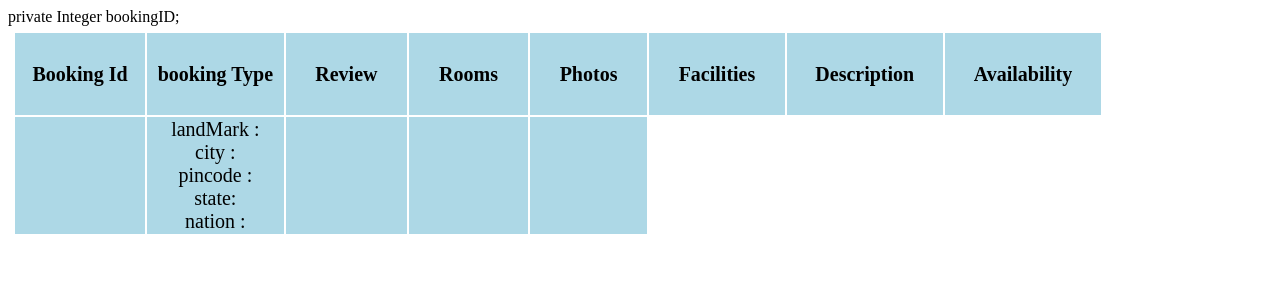
Repository: pparaska/Important
Page: http://localhost/website/WEB-INF/jsp/BookingInformation.jsp
An editor plug-in stored every save of this project. The page is shown before and after the next save, followed by the edit.
The browser window is 1280 px wide. The pictures show the whole page.
The page is served by Tomcat 9. Nobody is signed in. Other server files are loaded and not shown. The template is opened directly, without the code that normally fills it, so the values that code supplies are empty.

Above is the page before, as saved 2019-02-12 06:20:12.

### Poonam/All_Services/All_Services/website/src/main/webapp/WEB-INF/jsp/BookingInformation.jsp
<%@ page language="java" contentType="text/html; charset=ISO-8859-1"
	pageEncoding="ISO-8859-1"%>
<!DOCTYPE html>
<html>
<head>
<meta charset="ISO-8859-1">
<title>Insert title here</title>
</head>
<style type="text/css">
table, th, td {
	padding: 5px;
	height: 80px;
	width: 1100px;
	font-size: 20px;
	text-align: center;
	font-family: inherit;
}

th, td {
	padding: 1px;
	background-color: lightblue
}
</style>

<body>
<div>
		<table>
			<tr>
				<th>Booking Id</th>
				<th>booking Type </th>
				<th>Review</th>
				<th>Rooms</th>
				<th>Photos</th>
				<th>Facilities</th>
				<th>Description</th>
				<th>Availability</th>
			</tr>
			private Integer bookingID;
	<!-- private String bookingType;
	private Object bookingDetails;
	private LocalDateTime dateOfBooking;
	private Double totalCost;
	private List<Customer> customers;
	private Profile bookedBy;
	private Hotel hotel;
	private Flight flight;
	private LocalDateTime checkInDate;
	private LocalDateTime checkOutDate; -->
			<%-- <jstl:set var="rooms" value="" scope="sesion"></jstl:set> --%>

				<tr>
					<td>${hotel.hotelName}</td>
					<td> landMark : ${hotel.address.landMark} <br>
						city : ${hotel.address.city}<br>
						pincode : ${hotel.address.pincode}<br>
						state: ${hotel.address.state}<br>
						nation : ${hotel.address.nation}<br>

					</td>
					<td>${hotel.review}</td>
					<td>${hotel.photos}</td>
					<td>${hotel.rooms}</td>
</body>
</html>

After the next save:
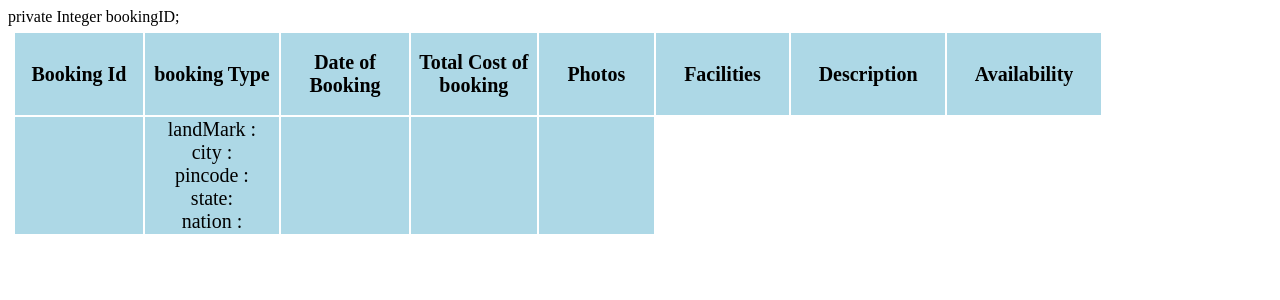
Saved 37 s later.
--- a/Poonam/All_Services/All_Services/website/src/main/webapp/WEB-INF/jsp/BookingInformation.jsp
+++ b/Poonam/All_Services/All_Services/website/src/main/webapp/WEB-INF/jsp/BookingInformation.jsp
@@ -27,9 +27,9 @@ th, td {
 		<table>
 			<tr>
 				<th>Booking Id</th>
-				<th>booking Type </th>
-				<th>Review</th>
-				<th>Rooms</th>
+				<th>booking Type</th>
+				<th>Date of Booking</th>
+				<th>Total Cost of booking</th>
 				<th>Photos</th>
 				<th>Facilities</th>
 				<th>Description</th>
